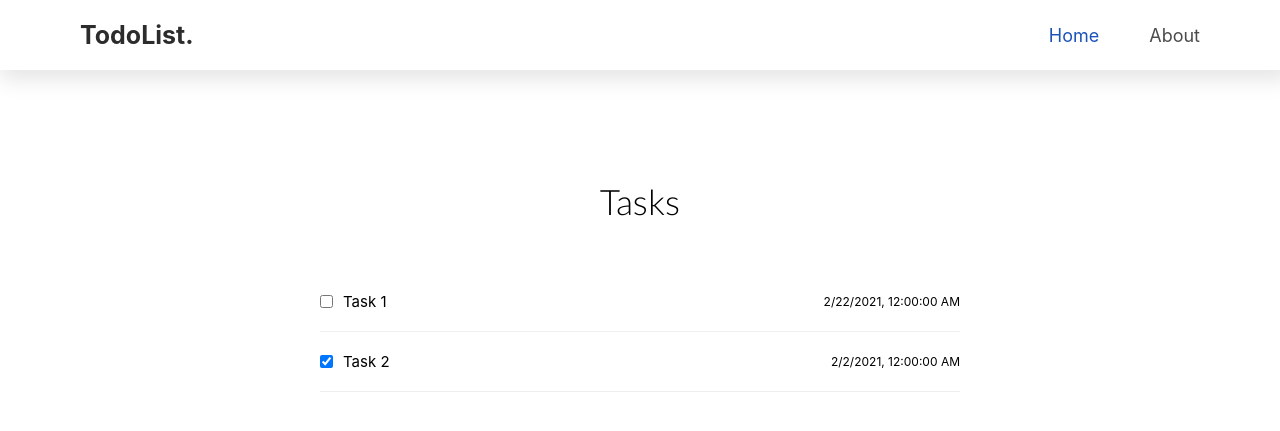
Repository: dqhuy153/react-todoList
Page: /
The author's editor kept a copy of each file at every save. The page is drawn from the files as they stood at one save, then again after the next save.
The browser window is 1280 px wide. The pictures show the whole page.
The project was rebuilt for these pictures with package versions that can differ from the ones it lists, and the page was loaded fresh each time. Also part of the build but not shown: src/components/UI/LoadingSpinner.module.scss.

Above is the page before, as saved 2021-09-16 20:46:59.

After the next save:
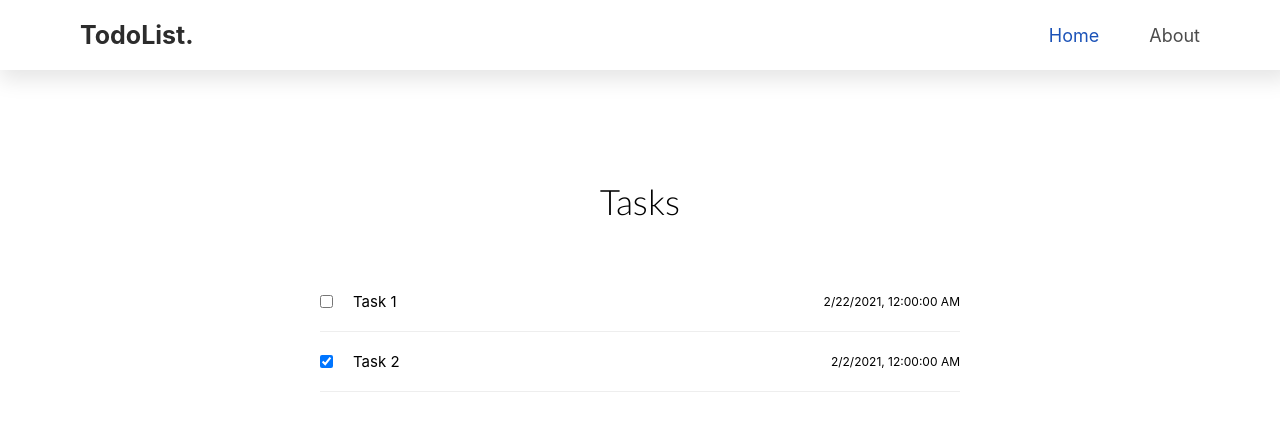
Saved 4 s later.
--- a/src/components/todos/TodoItem.module.scss
+++ b/src/components/todos/TodoItem.module.scss
@@ -11,7 +11,7 @@
   align-items: center;
 
   p {
-    padding-left: 1rem;
+    padding-left: 2rem;
     font-size: 1.5rem;
   }
 }
